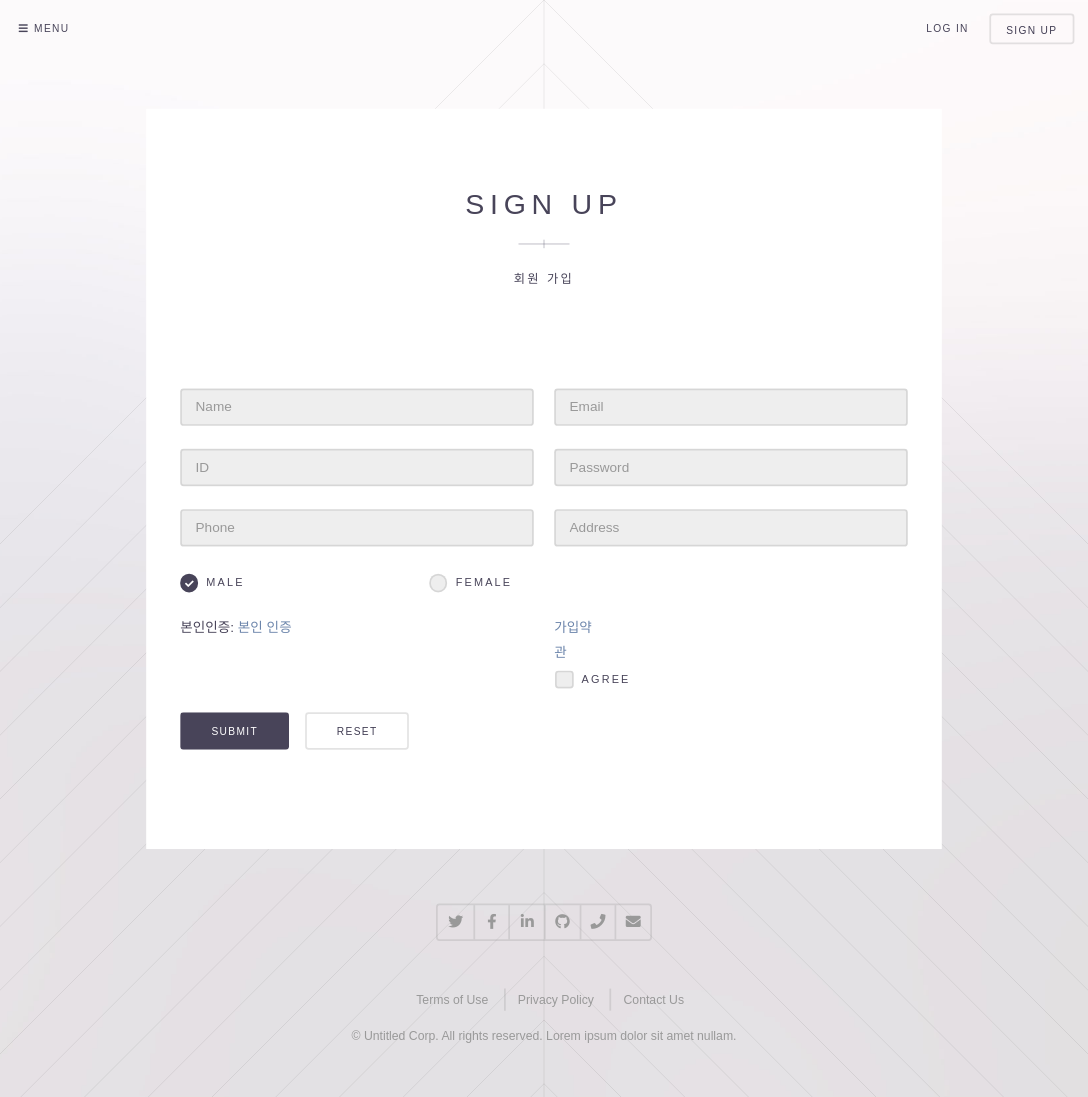
Repository: WKMoon/JavaScript-Project
Page: myFront/WebContent/signup.html
An editor plug-in stored every save of this project. The page is shown before and after the next save, followed by the edit.
The browser window is 1280 px wide. The pictures show the whole page, at 85% of full size.
Some web fonts or font styles are not loaded; a fallback is used.

Above is the page before, as saved 2021-03-01 22:52:40.

### myFront/WebContent/signup.html
<!DOCTYPE html>
<html>
<head>
<meta charset="UTF-8">
<meta name="viewport" content="width=device-width, initial-scale=1, user-scalable=no" />
<link rel="stylesheet" href="assets/css/main.css" />
<title>Sign Up</title>
</head>
	<body class="is-preload">

		<!-- Header -->
			<header id="header">
				<a href="#menu">Menu</a>
				<a href="login.html">Log In</a>
				<a href="signup.html" class="button">Sign Up</a>
			</header>

		<!-- Nav -->
			<nav id="menu">
				<ul class="links">
					<li><a href="index.html">Home</a></li>
<!-- 					<li><a href="generic.html">Generic</a></li>
					<li><a href="elements.html">Elements</a></li> -->
				</ul>
				<ul class="actions stacked">
					<li><a href="login.html" class="button primary fit">Log In</a></li>
					<li><a href="signup.html" class="button fit">Sign Up</a></li>
				</ul>
			</nav>


		<!-- Main -->
			<section id="main" class="wrapper style1">
				<div class="inner">

					<!-- Title -->
						<header class="major special">
							<h1>Sign Up</h1>
							<p>회원 가입</p>
						</header>

					<!-- Content -->
						<div class="content">
							<form method="post" action="#">
											<div class="row">
												<div class="col-6 col-12-xsmall">
													<input type="text" name="name" id="name" value="" placeholder="Name" />
												</div>
												<div class="col-6 col-12-xsmall">
													<input type="email" name="email" id="email" value="" placeholder="Email" />
												</div>

												<div class="col-6 col-12-xsmall">
													<input type="text" name="id" id="id" value="" placeholder="ID" />
												</div>

												<div class="col-6 col-12-xsmall">
													<input type="password" name="pw" id="pw" value="" placeholder="Password" />
												</div>

												<div class="col-6 col-12-xsmall">
													<input type="text" name="pn" id="pn" value="" placeholder="Phone" />
												</div>

												<div class="col-6 col-12-xsmall">
													<input type="text" name="addr" id="addr" value="" placeholder="Address" />
												</div>

												<!-- Break -->
												<div class="col-4 col-12-small">
													<input type="radio" id="priority-low" name="priority" checked>
													<label for="priority-low">Male</label>
												</div>
												<div class="col-4 col-12-small">
													<input type="radio" id="priority-normal" name="priority">
													<label for="priority-normal">Female</label>
												</div>
												<!-- Break -->

												<div class="col-6 col-12-small">
												<p style="display:inline">본인인증:</p>
													<a href="identification.html"style="text-decoration: none;">본인 인증</a>
												</div>

												<div class="col-1 col-12-small">
													<a href="agreement.html"style="text-decoration: none;">가입약관</a>
													<input type="checkbox" id="agree" name="agree">
													<label for="agree" style="margin-left:3%">Agree</label>
												</div>
												<!-- Break -->

												<!-- Break -->
												<div class="col-12">
													<ul class="actions">
														<li><input type="submit" value="Submit" class="primary" /></li>
														<li><input type="reset" value="Reset" /></li>
													</ul>
												</div>
											</div>
										</form>
						</div>

				</div>
			</section>

		<!-- Footer -->
			<footer id="footer">
				<ul class="alt-icons">
					<li><a href="#" class="icon brands fa-twitter"><span class="label">Twitter</span></a></li>
					<li><a href="#" class="icon brands fa-facebook-f"><span class="label">Facebook</span></a></li>
					<li><a href="#" class="icon brands fa-linkedin-in"><span class="label">LinkedIn</span></a></li>
					<li><a href="#" class="icon brands fa-github"><span class="label">GitHub</span></a></li>
					<li><a href="#" class="icon solid fa-phone"><span class="label">Phone</span></a></li>
					<li><a href="#" class="icon solid fa-envelope"><span class="label">Email</span></a></li>
				</ul>
				<ul class="menu">
					<li><a href="#">Terms of Use</a></li>
					<li><a href="#">Privacy Policy</a></li>
					<li><a href="#">Contact Us</a></li>
				</ul>
				<p class="copyright">
					&copy; Untitled Corp. All rights reserved. Lorem ipsum dolor sit amet nullam.
				</p>
			</footer>

		<!-- Scripts -->
			<script src="assets/js/jquery.min.js"></script>
			<script src="assets/js/jquery.scrolly.min.js"></script>
			<script src="assets/js/jquery.scrollex.min.js"></script>
			<script src="assets/js/browser.min.js"></script>
			<script src="assets/js/breakpoints.min.js"></script>
			<script src="assets/js/util.js"></script>
			<script src="assets/js/main.js"></script>

	</body>
</html>

Loaded but not shown: myFront/WebContent/assets/js/jquery.min.js (library); myFront/WebContent/assets/js/jquery.scrolly.min.js (common file); myFront/WebContent/assets/js/jquery.scrollex.min.js (common file); myFront/WebContent/assets/js/browser.min.js (common file); myFront/WebContent/assets/js/breakpoints.min.js (common file); myFront/WebContent/assets/css/fontawesome-all.min.css (library); myFront/WebContent/assets/js/util.js (587 lines, source omitted); myFront/WebContent/assets/js/main.js (57 lines, source omitted); myFront/WebContent/assets/css/main.css (4487 lines, source omitted)

After the next save:
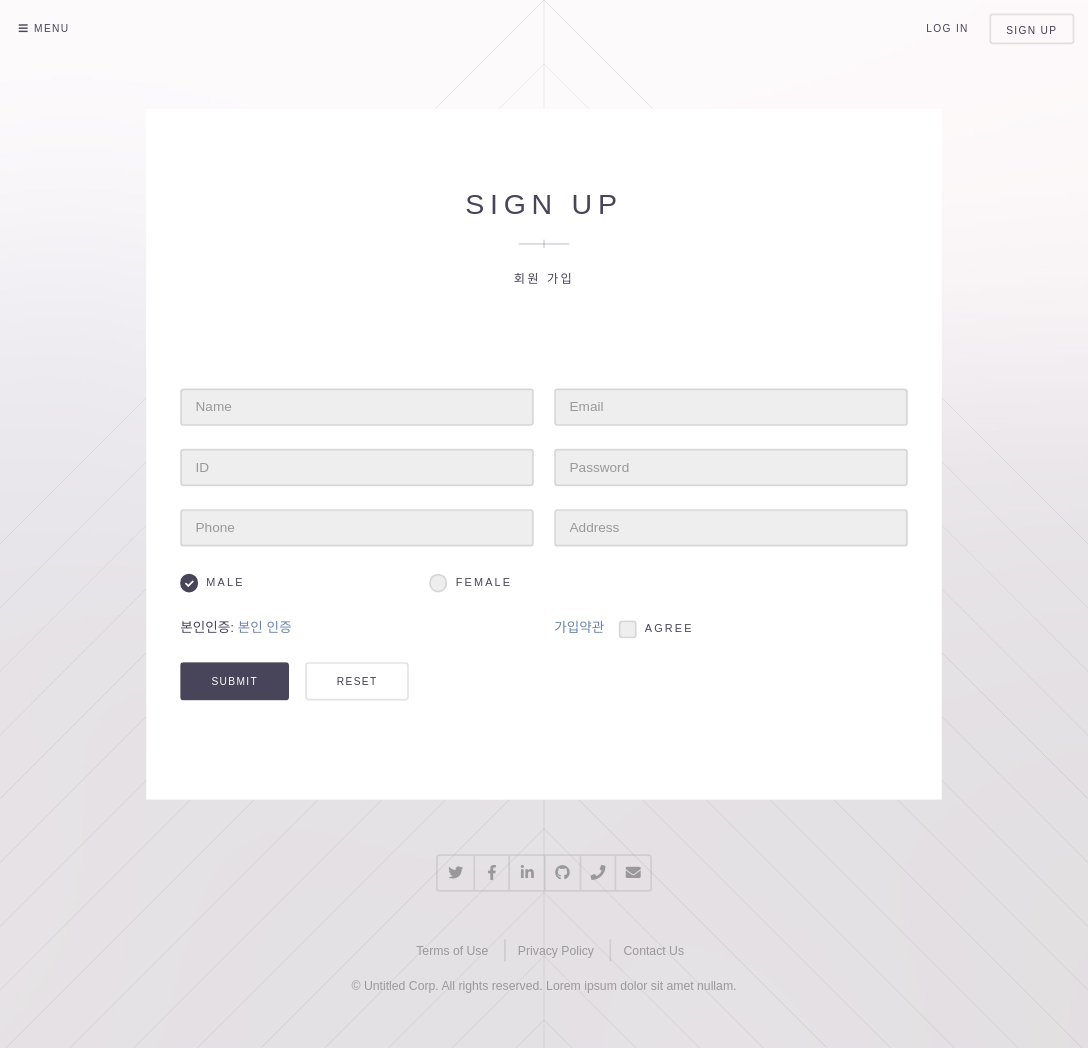
Saved 5 s later.
--- a/myFront/WebContent/signup.html
+++ b/myFront/WebContent/signup.html
@@ -82,7 +82,7 @@
 													<a href="identification.html"style="text-decoration: none;">본인 인증</a>
 												</div>
 
-												<div class="col-1 col-12-small">
+												<div class="col-6 col-12-small">
 													<a href="agreement.html"style="text-decoration: none;">가입약관</a>
 													<input type="checkbox" id="agree" name="agree">
 													<label for="agree" style="margin-left:3%">Agree</label>
